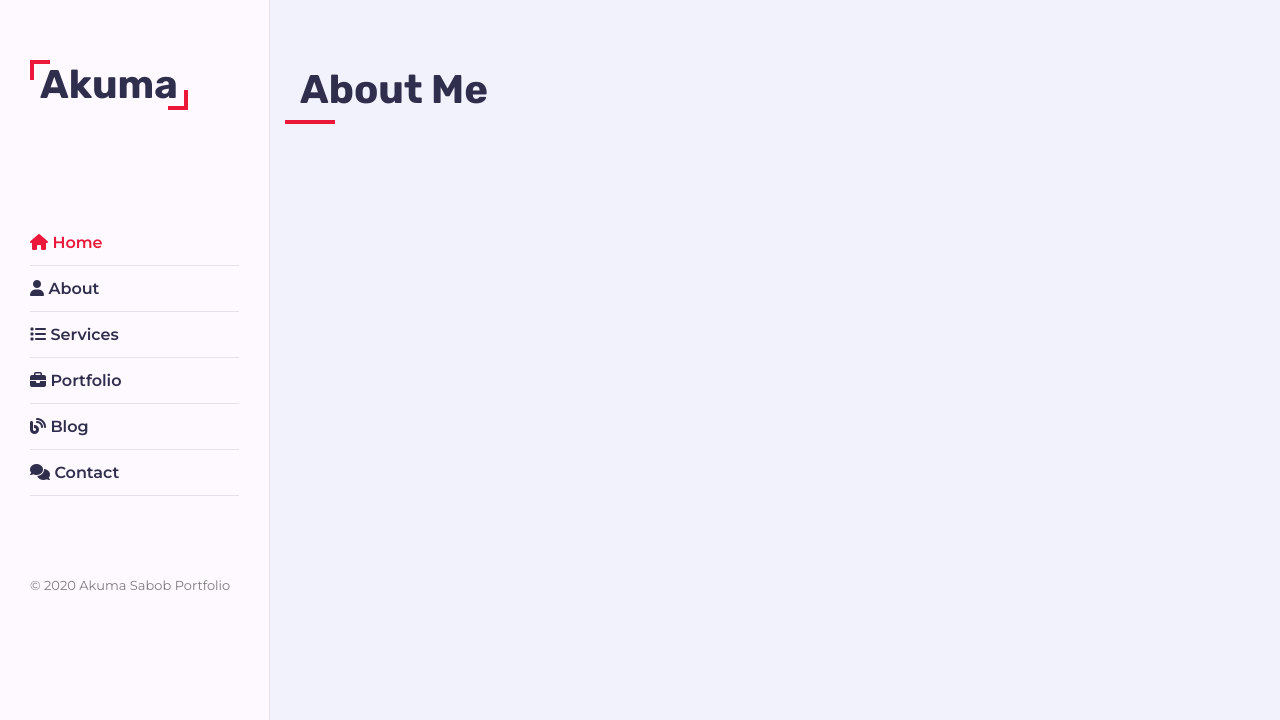
Repository: Akuma001/MY-Portfolio
Page: index.html
An editor plug-in stored every save of this project. The page is shown before and after the next save, followed by the edit.
The browser window is 1280 px wide. The pictures show the whole page.
Some web libraries are served in a nearby version.

Above is the page before, as saved 2020-12-13 17:20:49.

After the next save:
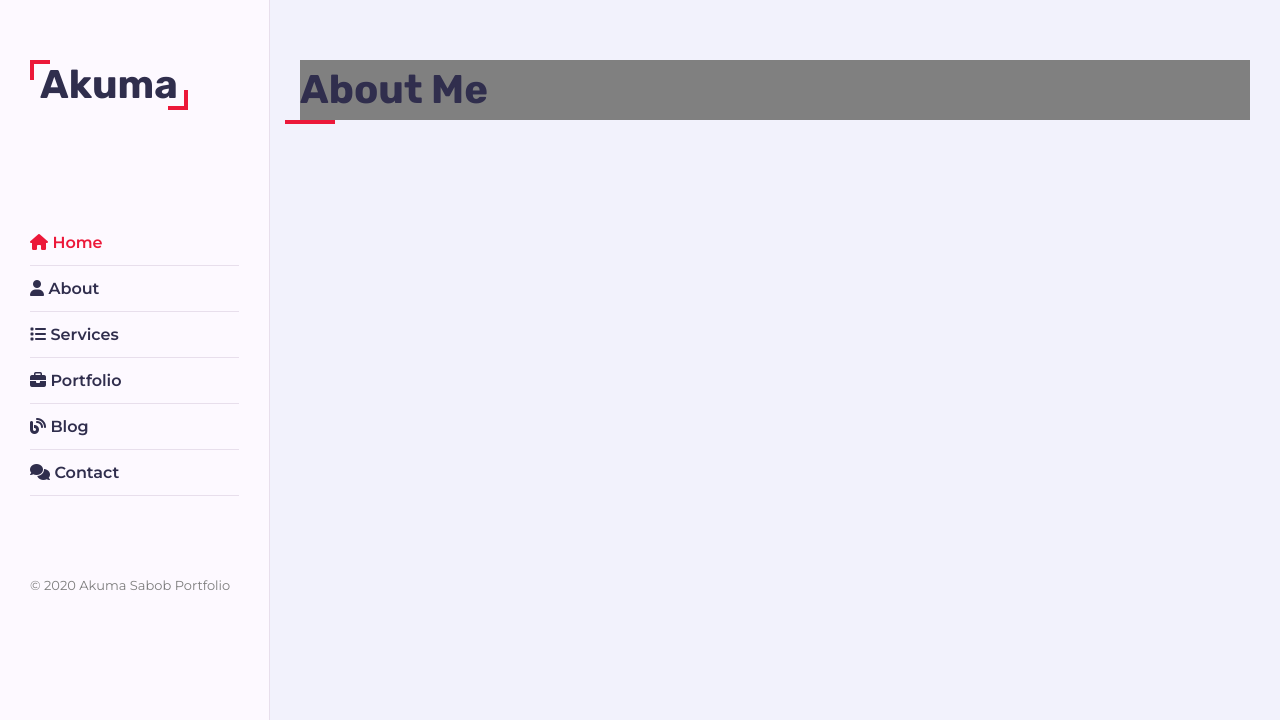
Saved 44 s later.
--- a/css/style.css
+++ b/css/style.css
@@ -45,6 +45,7 @@ body{
     font-family: 'Rubik', sans-serif;
     font-weight: 700;
     margin: 0;
+    background-color: gray;
 }
 .section-title h2::before{
     content: '';
